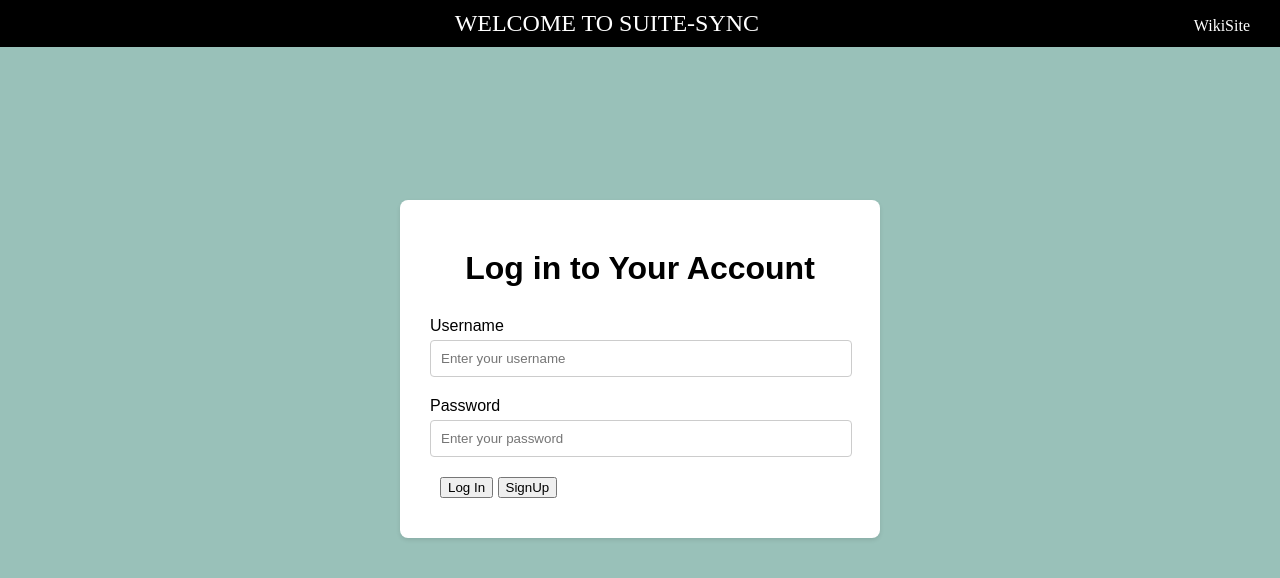
Repository: seojoonl/household-management-webapp
Page: http://localhost/201_final_project/login.html
The author's editor kept a copy of each file at every save. The page is drawn from the files as they stood at one save, then again after the next save.
The browser window is 1280 px wide. The pictures show the whole page.
The page is served by Tomcat 9. Other server files are loaded and not shown.

Above is the page before, as saved 2024-05-07 05:37:19.

### 201_final_project/src/main/webapp/login.html
<!DOCTYPE html>
<html lang="en">
<head>
	<meta charset="UTF-8">
	<meta name="viewport" content = "width=device-width, initial-scale=1.0">
	<title> Room Assignments Log in</title>
	<link rel="stylesheet" href="style.css">
</head>
<body>
	 <header>
		<div class="household">WELCOME TO SUITE-SYNC</div>
		<div class="wiki"> <a href="wikisite.html">WikiSite</a></div>
	</header>
	<div class="main-content">
		<div class = "login-container">
			<form id ="login-form">
				<h1> Log in to Your Account</h1>
					<div class="input">
						<label for = "username">Username</label>
						<input type="text" id="username" name ="username" required placeholder = "Enter your username" required>
					</div>
					<div class = "input">
						<label for ="password">Password</label>
						<input type="password" id="password" name ="password" required placeholder = "Enter your password" required>
					</div>
					<input type="submit" value="Log In">
					<input type="button" onclick="location.href='signup.html';" value="SignUp">
			</form>
		</div>
	</div>
	<script src="login.js"></script>
</body>
</html>

### 201_final_project/src/main/webapp/style.css
@charset "UTF-8";

body {
	font-family: 'Playfair Display', serif;
	background-color: #99c1b9;
	margin: 0;
	padding: 0;
	display: flex;
	flex-direction: column;
	align-items: center;
	min-height: 100vh;
}

header {
  display: flex;
   justify-content: space-between;
   align-items: center;
   background-color: #000;
   color: #fff;
   padding: 10px 20px;
   font-size: 24px;
   width: 100%;
   box-sizing: border-box;
   text-align:center
}

header .wiki {
    margin-right: 10px;
}

header .household
{
    margin-left: auto;
    margin-right: auto;
}

header .wiki a {
    color: inherit;
    text-decoration: none;
    font-size: 16px;
}

.main-content {
	width: 100%;
	display: flex;
	justify-content: center;
	flex-direction: column;
	align-items: center;
	flex-grow: 1;
}


.login-container {
	background-color: #ffffff;
	padding: 40px;
	border-radius: 8px;
	box-shadow: 0 2px 4px rgba(0, 0, 0, 0.1);
	width: 400px;
	position: absolute;
	top: 200px;
	 font-family: Arial, san-serif;
    font-size: 16px;
}

.login-container .input input {
   margin-left: -10px;
}

.login-container .input label {
   margin-left: -10px;
}


.login-container h1 {
	text-align: center;
	margin-bottom: 30px;
	margin-top: 10px;
}

.signup-container h1 {
	text-align: center;
	margin-bottom: 20px;
	margin-top: 1px;
	font-size: 30px;
}

.signup-container .input input {
   margin-left: -10px;
}

.signup-container .input label {
   margin-left: -10px;
}

.signup-container {
	background-color: #ffffff;
	padding: 40px;
	border-radius: 8px;
	box-shadow: 0 2px 4px rgba(0, 0, 0, 0.1);
	width: 400px;
	font-size: 16px;
	position: absolute;
	left: 50%;
    top: 50%;
    transform: translate(-50%, -50%);
    font-family: Arial, san-serif;
    font-size: 16px;
    margin-top:20px
}


.form-actionsSignup
{
	display: flex;
    justify-content: center;
    align-items: center;
    flex-direction: column;
    width: 100%;
}

.form-actions {
	display: flex;
    flex-direction: row;
    justify-content: center;
    align-items: center;
}

.form-actions value {
	margin-left: 100px;
	text-align: center;
}


.buttonStyle{
    background-color: #f0f0f0;
    color: black;
    padding: 10px 20px;
    border: 1px solid black;
    margin-top: 20px;
    font-size: 17px;
    border-radius: 4px;
    cursor: pointer;
    width: 25%;
    margin: 20px auto;
    display: block;
    cursor: pointer;
    margin: 10px;
    display: inline-block;
    text-align: center;
}



.account-link {
    margin-top: 10px;
    font-size: 16px;
    text-align: center;
    margin-bottom: 5px;
}

.account-link a {
    color: #0056b3;
    text-decoration: none;
}

.account-link a:hover {
    text-decoration: underline;
}

button:hover, .buttonStyle button:hover {
    background-color: #0056b3;
    color: white;
}

.login-form {
	display: flex;
	flex-direction: column;
}

.input {
	margin-bottom: 20px;
}

.input label {
	display: block;
	margin-bottom: 5px;
}

.input input {
	width: 100%;
	padding: 10px;
	border: 1px solid #cccccc;
	border-radius: 4px;
}



.task-list
{
	width: 80%;
	margin-top: 20px;
}

.task-item
{
	background-color: #ffffff;
    padding: 10px;
    margin-bottom: 10px;
    border-radius: 5px;
    box-shadow: 0 2px 4px rgba(0, 0, 0, 0.2);
}

.task-item label
{
	cursor: pointer
}

#taskInput {
    width: 100%;
    max-width: 95%;
    padding: 10px;
    margin-left: 0px;
    border: 1px solid #000000;
    margin-top: 10px;
    border-radius: 4px;
    display: inline-block;
}

### 201_final_project/src/main/webapp/login.js
document
  .getElementById("login-form")
  .addEventListener("submit", function (event) {
    event.preventDefault();
    const data = {
      username: document.getElementById("username").value,
      password: document.getElementById("password").value,
    };
    fetch("/201_final_project/Login", {
      method: "POST",
      headers: { "Content-Type": "application/json" },
      body: JSON.stringify(data),
    })
      .then((response) => response.json())
      .then((data) => {
        if (data.success) {
          localStorage.setItem('isLoggedIn', 'true');
          window.location.href = data.redirect; // Redirect
        } else {
          document.getElementById("login-error").textContent = data.message;
        }
      })
      .catch((error) => console.error("Error:", error));
  });

After the next save:
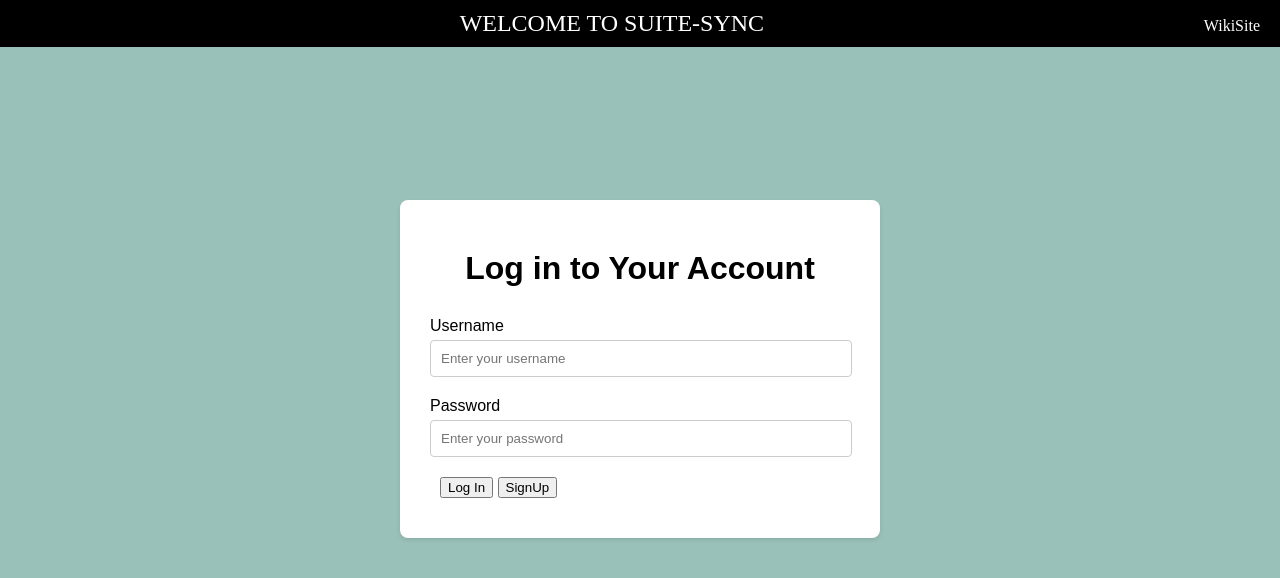
Saved 14 s later.
--- a/201_final_project/src/main/webapp/style.css
+++ b/201_final_project/src/main/webapp/style.css
@@ -25,7 +25,7 @@ header {
 }
 
 header .wiki {
-    margin-right: 10px;
+    float:right;
 }
 
 header .household
